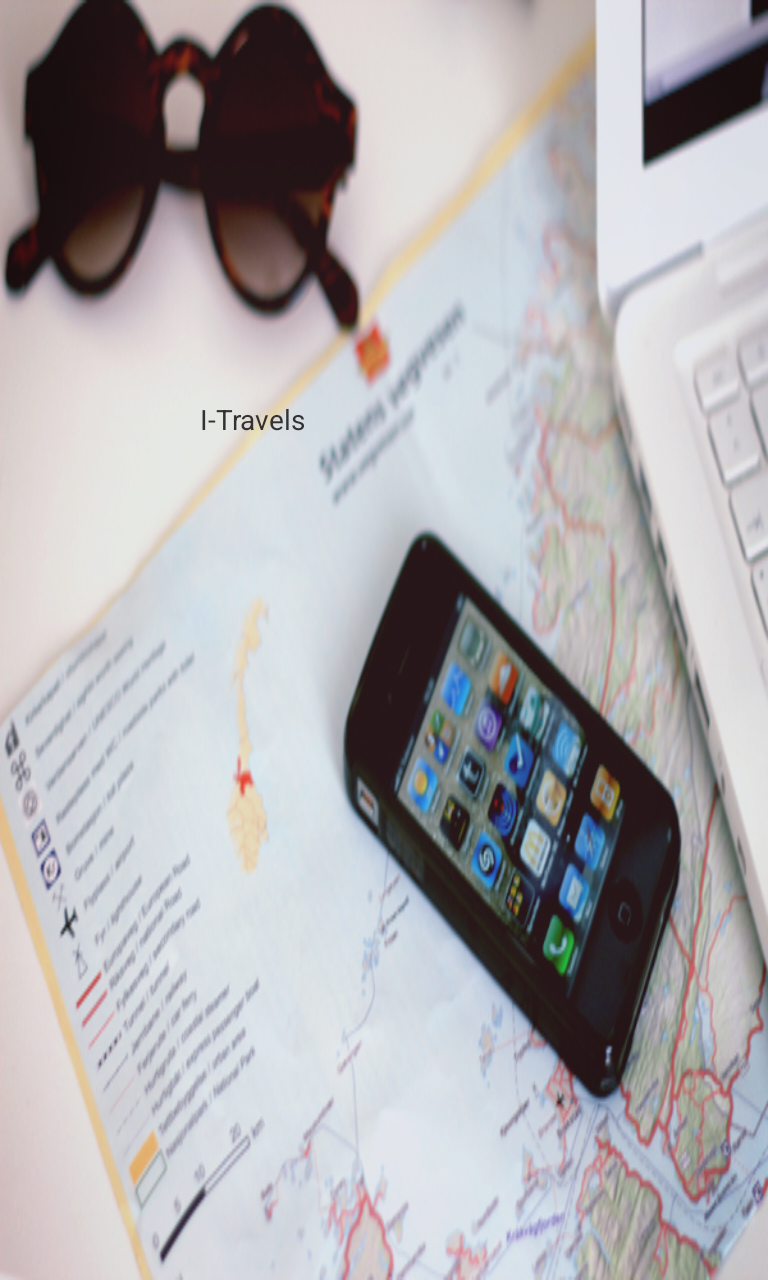
Repository: prernanain27/Android-Travel-Project
Layout: Itravel/res/layout/activity_itravel.xml
An editor plug-in stored every save of this project. The layout is shown before and after the next save, followed by the edit.
It is drawn on a 768 x 1280 px phone screen (xhdpi) without system bars, with theme AppTheme; the app's code is not run.

Above is the layout before, as saved 2013-09-19 16:49:30.

After the next save:
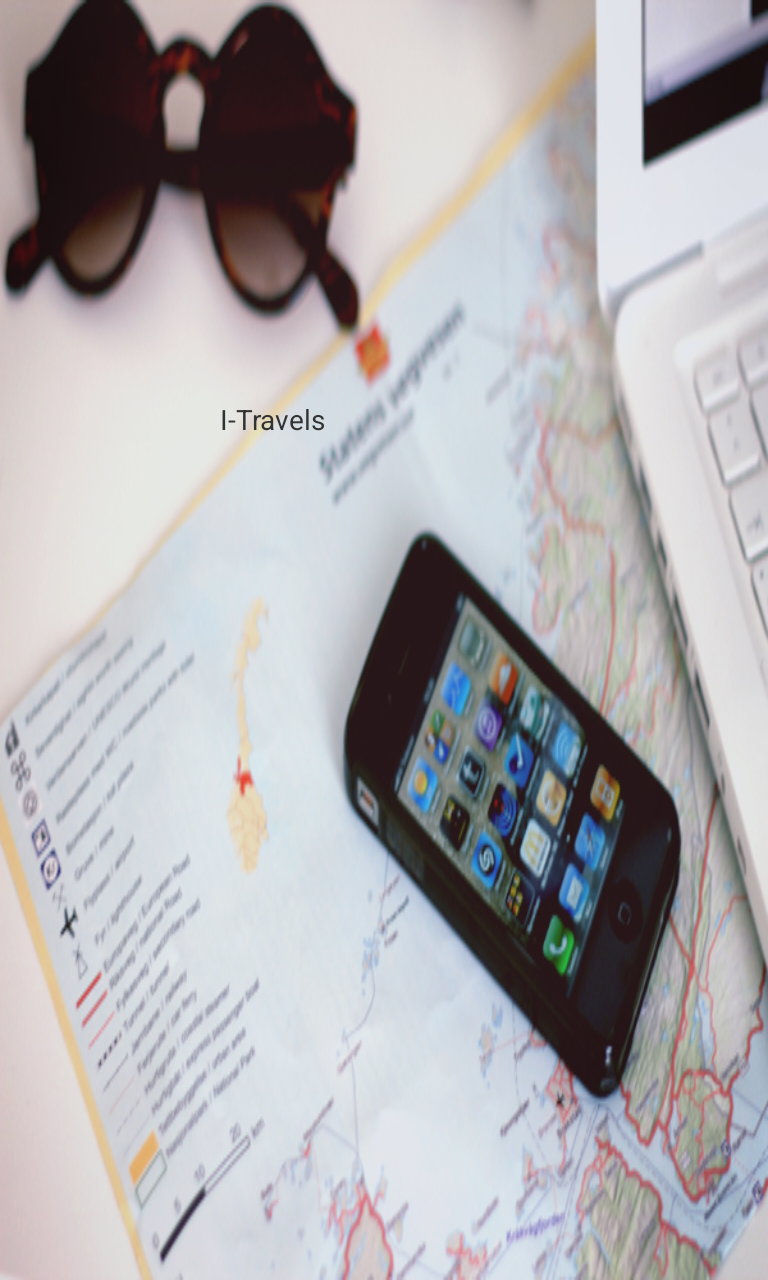
Saved 15 s later.
--- a/Itravel/res/layout/activity_itravel.xml
+++ b/Itravel/res/layout/activity_itravel.xml
@@ -13,7 +13,7 @@
         android:layout_centerVertical="true"
         android:text="I-Travels"
         android:layout_marginTop="200dp"
-        android:layout_marginLeft="100dp"
+        android:layout_marginLeft="110dp"
 
         />
 
